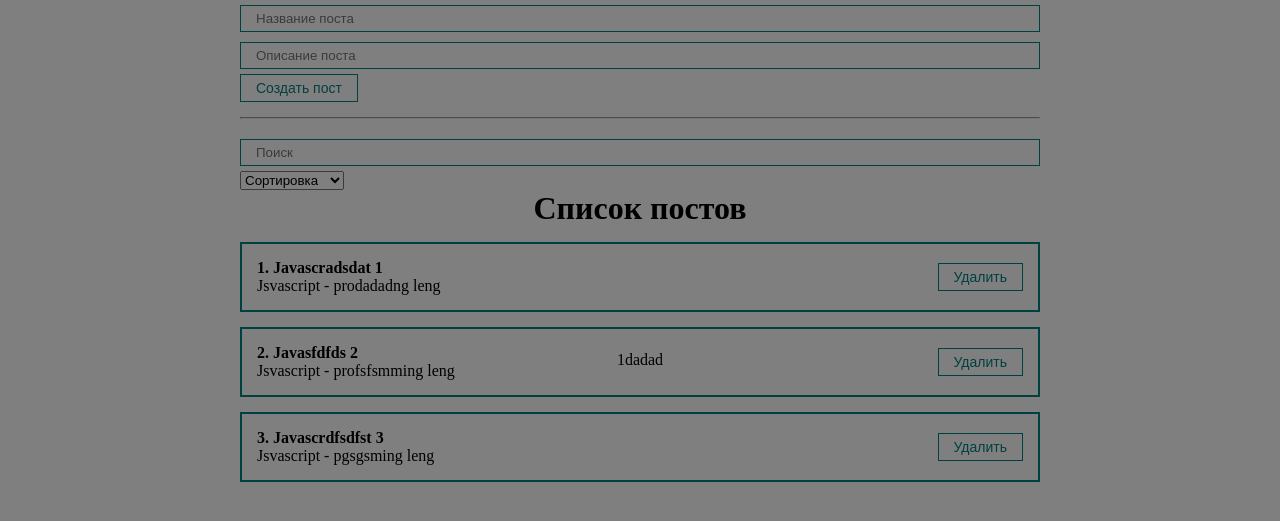
Repository: tsydikov/reactTodo
Page: /
The author's editor kept a copy of each file at every save. The page is drawn from the files as they stood at one save, then again after the next save.
The browser window is 1280 px wide. The pictures show the whole page.
The project was rebuilt for these pictures with package versions that can differ from the ones it lists, and the page was loaded fresh each time.

Above is the page before, as saved 2021-08-29 17:27:40.

After the next save:
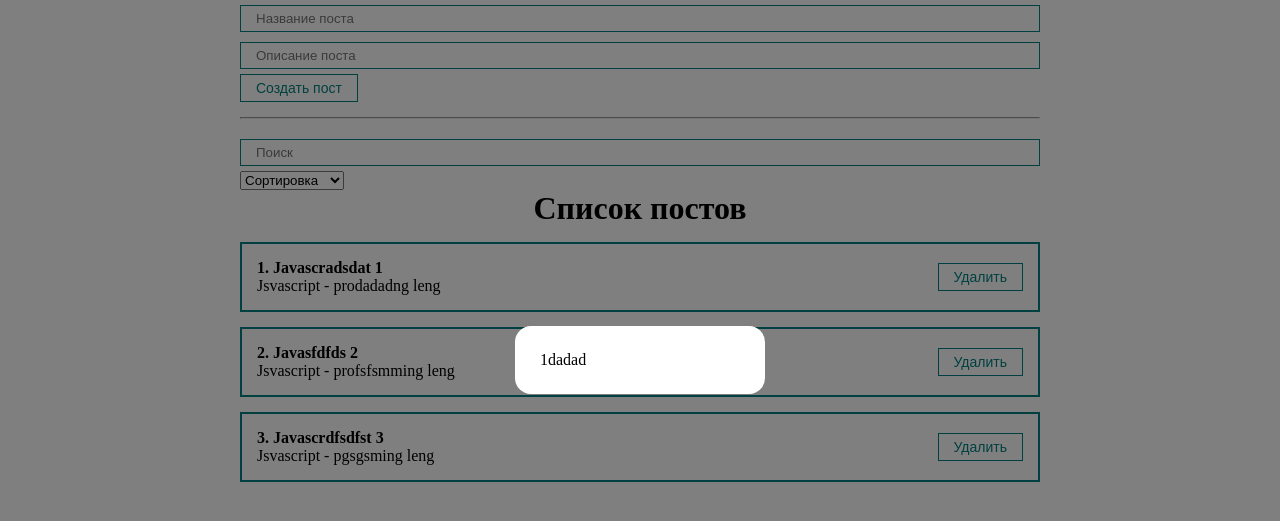
Saved 24 s later.
--- a/src/UI/MyModal/MyModal.jsx
+++ b/src/UI/MyModal/MyModal.jsx
@@ -5,7 +5,7 @@ const MyModal = ({ children }) => {
 
     return (
         <div className={[cl.myModal, cl.active].join(' ')}>
-            <div className={cl.MyModalContent}>
+            <div className={cl.myModalContent}>
                 {children}
             </div>
         </div>
